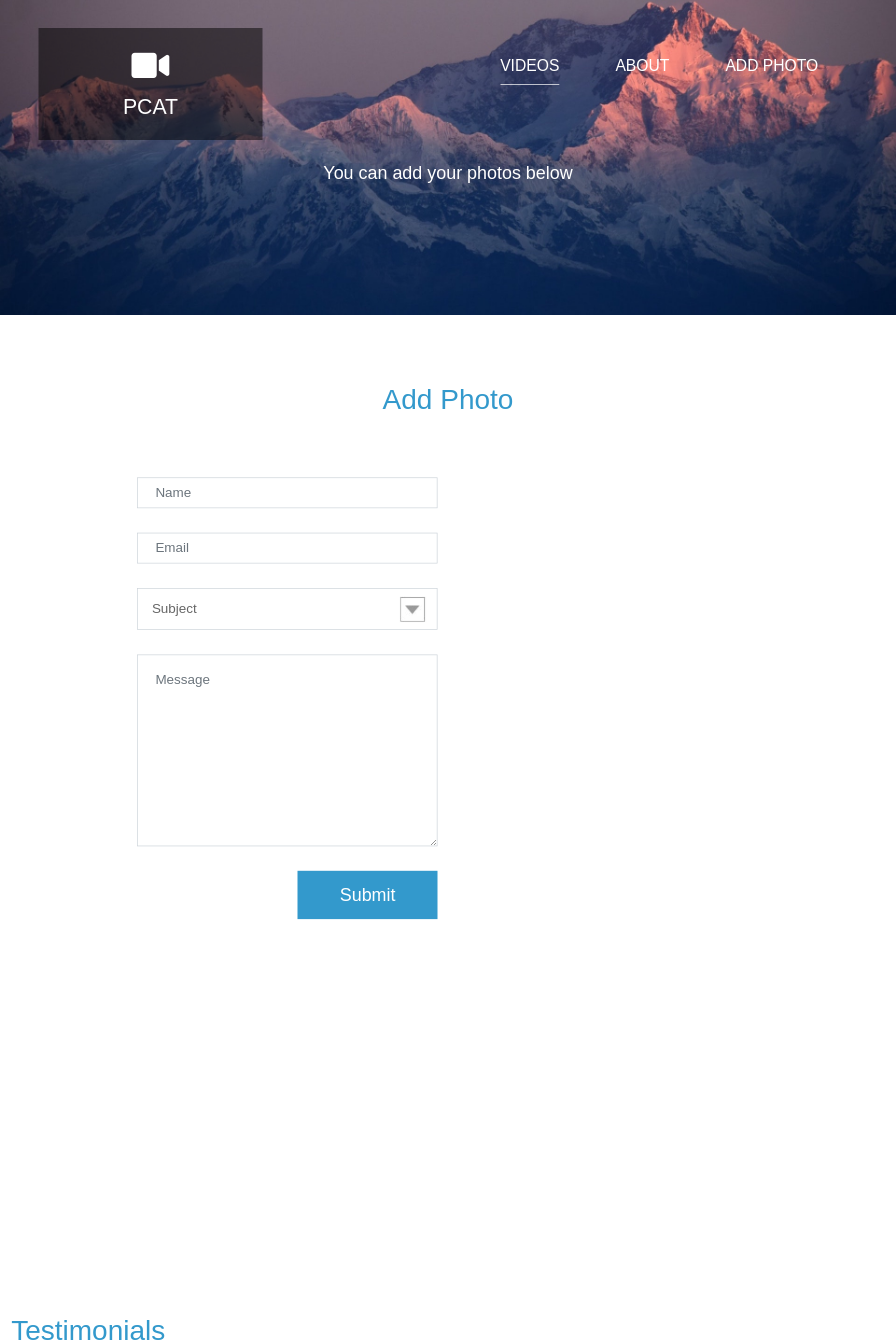
Repository: Marhamat92/PCAT-project-with-node-backend
Page: http://localhost/add
The author's editor kept a copy of each file at every save. The page is drawn from the files as they stood at one save, then again after the next save.
The browser window is 1280 px wide. The pictures show the part of the page from y = 0 to 1920 px (the page is 3211 px tall), at 70% of full size.
Backgrounds fixed to the window are drawn as part of the page. Some web fonts or font styles are not loaded; a fallback is used. The page is served by the project's Node server (app.js).

Above is the page before, as saved 2023-02-20 17:49:17.

After the next save:
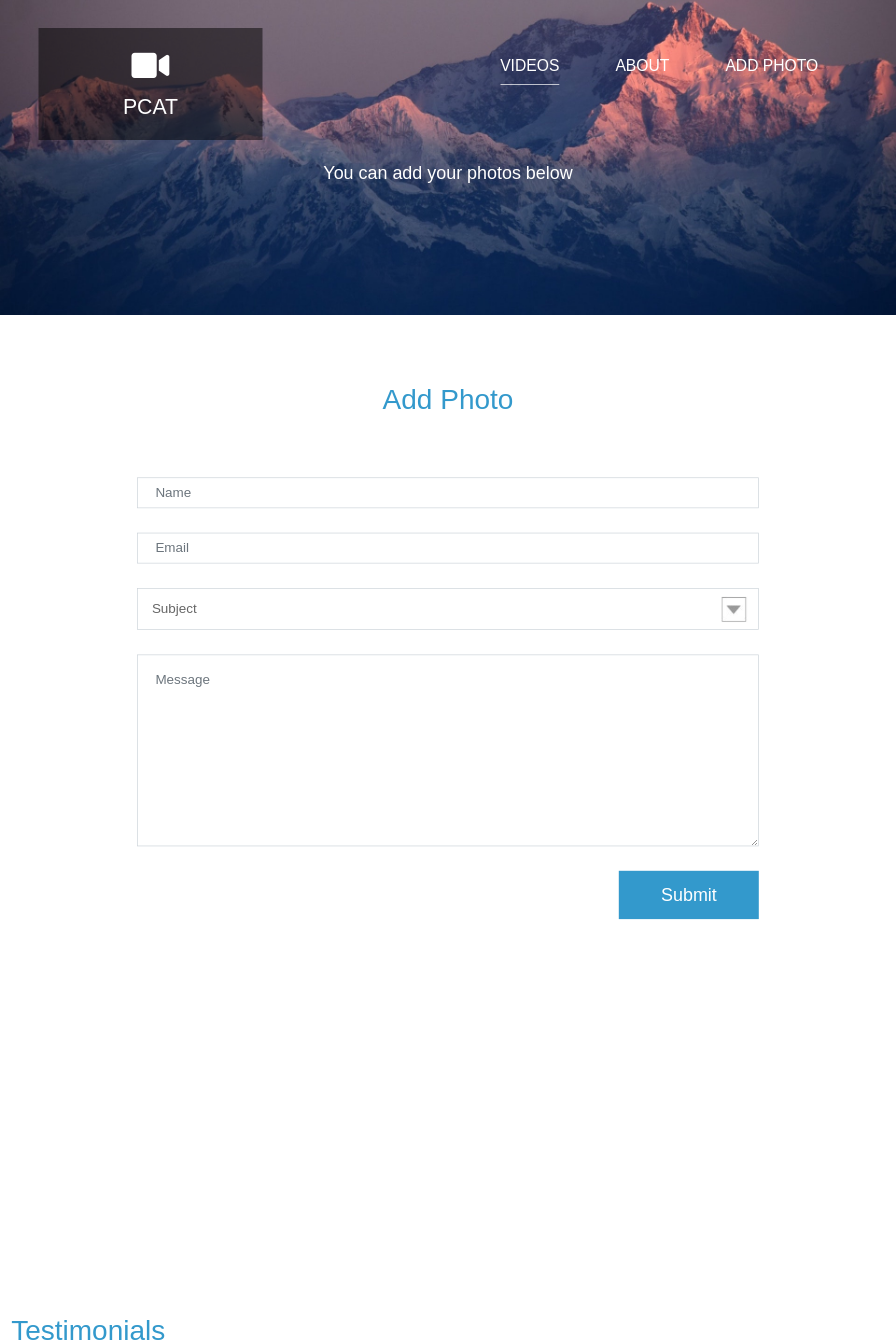
Saved 22 s later.
--- a/views/add.ejs
+++ b/views/add.ejs
@@ -26,7 +26,7 @@
                         </div>
                         <div class="mx-auto pb-3 tm-about-text-container px-3">
                             <div class="row">
-                                <div class="col-lg-6 mb-5">
+                                <div class="col-lg-12 mb-5">
                                     <form id="contact-form" action="" method="POST" class="tm-contact-form">
                                         <div class="form-group">
                                             <input type="text" name="name" class="form-control rounded-0"
